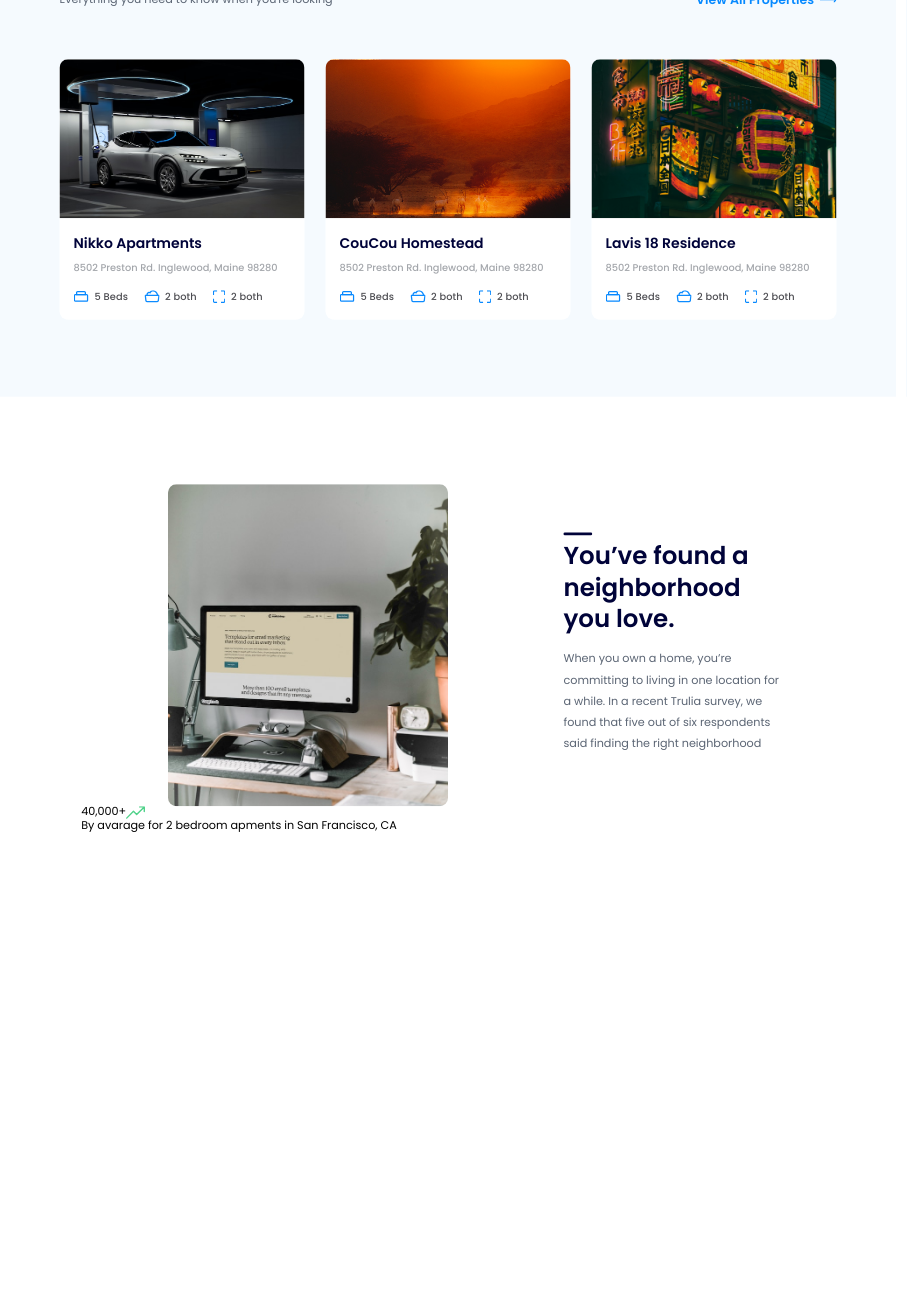
Repository: empty24062002/f8-htmlcss-01
Page: index.html
These files come from the project's save history. The page is drawn as it stood at one moment and after the next save; the edit follows.
The browser window is 1280 px wide. The page is 1295 px wide, so the pictures cover 1295 px, including what lies to the right of the window. The pictures show the part of the page from y = 2044 to 3924 px (the page is 10000 px tall), at 70% of full size.

Above is the page before, as saved 2023-07-13 10:31:49.

### index.html
<!DOCTYPE html>
<html lang="en">
    <head>
        <meta charset="UTF-8" />
        <meta name="viewport" content="width=device-width, initial-scale=1.0" />
        <title>F8 PROJECT 01</title>
        <link rel="stylesheet" href="./assets/css/reset.css" />
        <link rel="stylesheet" href="./assets/fonts/stylesheet.css" />
        <link rel="stylesheet" href="./assets/css/styles.css" />
    </head>
    <body>
        <main style="height: 10000px">
            <!-- Header -->
            <header class="header">
                <div class="content">
                    <nav class="navbar">
                        <!-- Logo -->
                        <img src="./assets/img/Logo.svg" alt="Besnik." />
                        <!-- Navigation -->
                        <ul>
                            <li><a href="#!">Home</a></li>
                            <li><a href="#!">Features</a></li>
                            <li><a href="#!">Services</a></li>
                            <li><a href="#!">Resources</a></li>
                            <li><a href="#!">Contact</a></li>
                        </ul>
                        <!-- Action -->
                        <div class="actions">
                            <a href="#!" class="action-link">Sign in</a>
                            <a href="#!" class="btn action-btn">Sign up</a>
                        </div>
                    </nav>

                    <div class="hero">
                        <div class="info">
                            <p class="sub-title">Welcome to Besnik Agency</p>
                            <h1 class="title">
                                Discover a place you'll love to live.
                            </h1>
                            <p class="desc">
                                Get the best real estate deals first, before
                                they hit the mass market! HOT FORECLOSURE DEALS
                                with one simple search.
                            </p>
                            <!-- cta: call to action -->
                            <a href="#!" class="btn hero-cta">More About Us</a>
                        </div>

                        <img
                            src="./assets/img/hero-img.svg"
                            alt="Discover a place you'll love to live."
                            class="hero-img"
                        />
                    </div>
                </div>
            </header>

            <!-- Clients -->
            <div class="clients">
                <div class="content">
                    <div class="row">
                        <!-- Logo -->
                        <img src="./assets/img/Logo.svg" alt="Besnik" />

                        <!-- Stars -->
                        <div class="stars">
                            <img src="./assets/img/star.svg" alt="star" />
                            <img src="./assets/img/star.svg" alt="star" />
                            <img src="./assets/img/star.svg" alt="star" />
                            <img src="./assets/img/star.svg" alt="star" />
                            <img src="./assets/img/star.svg" alt="star" />
                        </div>
                    </div>

                    <div class="row row-desc">
                        <p class="desc">
                            More than 45,000+ companies trust besnik
                        </p>
                        <p class="desc">5 Star Ratings (2k+ Review)</p>
                    </div>

                    <div class="images">
                        <img src="./assets/img/meundies-cllients1.svg" alt="" />
                        <img src="./assets/img/slack-clients.svg" alt="" />
                        <img src="./assets/img/amz-clients 3.svg" alt="" />
                        <img
                            src="./assets/img/woo-commerce-clients 4.svg"
                            alt=""
                        />
                        <img src="./assets/img/sitepoint-clients5.svg" alt="" />
                    </div>
                </div>
            </div>

            <!-- Guides -->
            <div class="guides">
                <div class="content">
                    <h2 class="sub-title">How its works?</h2>
                    <p class="desc">
                        Everything you need to know when you're looking to buy,
                        rent, or sell - all in one place.
                    </p>

                    <!-- List Guide -->
                    <ul class="list-guide">
                        <li class="guide-item">
                            <img
                                src="./assets/img/cart-icon.svg"
                                alt="buyer"
                                class="icon"
                            />
                            <h3 class="title">Buyer Guides</h3>
                            <a href="How to buy" class="link">
                                <span>How to buy</span>
                                <img
                                    src="./assets/img/arow-right.svg"
                                    alt="arrow right"
                                    class="arrow"
                                />
                            </a>
                        </li>
                        <li class="guide-item">
                            <img
                                src="./assets/img/rent-icon.svg"
                                alt="rent"
                                class="icon"
                            />
                            <h3 class="title">Renter Guides</h3>
                            <a href="How to buy" class="link">
                                <span>How to rent</span>
                                <img
                                    src="./assets/img/arow-right.svg"
                                    alt="arrow right"
                                    class="arrow"
                                />
                            </a>
                        </li>
                        <li class="guide-item">
                            <img
                                src="./assets/img/sellerr-icon.svg"
                                alt="Seller"
                                class="icon"
                            />
                            <h3 class="title">Seller Guides</h3>
                            <a href="How to buy" class="link">
                                <span>How to sell</span>
                                <img
                                    src="./assets/img/arow-right.svg"
                                    alt="arrow right"
                                    class="arrow"
                                />
                            </a>
                        </li>
                    </ul>

                    <div class="guide-cta">
                        <a href="#!" class="btn">Sell Full Guidelines</a>
                    </div>
                </div>
            </div>

            <!-- Featured -->
            <div class="featured">
                <div class="content">
                    <header>
                        <h2 class="sub-title">Featured Properties</h2>
                        <div class="row">
                            <p class="desc">
                                Everything you need to know when you're looking
                            </p>
                            <a href="#!" class="link">
                                <span>View All Properties</span>
                                <img
                                    src="./assets/img/arow-right.svg"
                                    alt="arrow right"
                                    class="arrow"
                                />
                            </a>
                        </div>
                    </header>

                    <div class="list">
                        <!-- Featured item 1 -->
                        <div class="item">
                            <a href="#!">
                                <img
                                    src="./assets/img/featured-1.jpg"
                                    alt="Nikko Apartments"
                                    class="thumbnail"
                                />
                            </a>
                            <div class="body">
                                <h3 class="title">
                                    <a href="#!">Nikko Apartments</a>
                                </h3>
                                <p class="desc">
                                    8502 Preston Rd. Inglewood, Maine 98280
                                </p>
                                <div class="info">
                                    <img
                                        src="./assets/img/icon-1.svg"
                                        alt=""
                                        class="icon"
                                    />
                                    <span class="lable">5 Beds</span>
                                    <img
                                        src="./assets/img/icon-2.svg"
                                        alt=""
                                        class="icon"
                                    />
                                    <span class="lable">2 both</span>
                                    <img
                                        src="./assets/img/icon-3.svg"
                                        alt=""
                                        class="icon"
                                    />
                                    <span class="lable">2 both</span>
                                </div>
                            </div>
                        </div>
                        <!-- Featured item 2 -->
                        <div class="item">
                            <a href="#!">
                                <img
                                    src="./assets/img/featured-2.jpg"
                                    alt="CouCou Homestead"
                                    class="thumbnail"
                                />
                            </a>
                            <div class="body">
                                <h3 class="title">
                                    <a href="#!" class="line-clamp"
                                        >CouCou Homestead</a
                                    >
                                </h3>
                                <p class="desc line-clamp">
                                    8502 Preston Rd. Inglewood, Maine 98280
                                </p>
                                <div class="info">
                                    <img
                                        src="./assets/img/icon-1.svg"
                                        alt=""
                                        class="icon"
                                    />
                                    <span class="lable">5 Beds</span>
                                    <img
                                        src="./assets/img/icon-2.svg"
                                        alt=""
                                        class="icon"
                                    />
                                    <span class="lable">2 both</span>
                                    <img
                                        src="./assets/img/icon-3.svg"
                                        alt=""
                                        class="icon"
                                    />
                                    <span class="lable">2 both</span>
                                </div>
                            </div>
                        </div>
                        <!-- Featured item 3 -->
                        <div class="item">
                            <a href="#!">
                                <img
                                    src="./assets/img/featured-3.jpg"
                                    alt="Lavis 18 Residence"
                                    class="thumbnail"
                                />
                            </a>
                            <div class="body">
                                <h3 class="title">
                                    <a href="#!">Lavis 18 Residence</a>
                                </h3>
                                <p class="desc">
                                    8502 Preston Rd. Inglewood, Maine 98280
                                </p>
                                <div class="info">
                                    <img
                                        src="./assets/img/icon-1.svg"
                                        alt=""
                                        class="icon"
                                    />
                                    <span class="lable">5 Beds</span>
                                    <img
                                        src="./assets/img/icon-2.svg"
                                        alt=""
                                        class="icon"
                                    />
                                    <span class="lable">2 both</span>
                                    <img
                                        src="./assets/img/icon-3.svg"
                                        alt=""
                                        class="icon"
                                    />
                                    <span class="lable">2 both</span>
                                </div>
                            </div>
                        </div>
                    </div>
                </div>
            </div>

            <!-- Stats -->
            <div class="stats">
                <div class="content">
                    <div class="row">
                        <div class="img-block">
                            <img
                                class="image"
                                src="./assets/img/stat-img.jpg"
                                alt="You’ve found a neighborhood you love."
                            />

                            <!-- Trend -->
                            <div class="stats-trend">
                                <div class="row">
                                    <strong class="value">40,000+</strong>
                                    <img
                                        src="./assets/img/trend-img.svg"
                                        alt=""
                                        class="icon"
                                    />
                                </div>
                                <p class="desc">
                                    By avarage for 2 bedroom apments in San
                                    Francisco, CA
                                </p>
                                <div class="separate"></div>
                            </div>
                        </div>
                        <div class="info">
                            <h2 class="sub-title">
                                You’ve found a neighborhood you love.
                            </h2>
                            <p class="desc">
                                When you own a home, you’re committing to living
                                in one location for a while. In a recent Trulia
                                survey, we found that five out of six
                                respondents said finding the right neighborhood
                            </p>
                        </div>
                    </div>
                </div>
            </div>
        </main>
    </body>
</html>

### assets/css/styles.css
* {
    box-sizing: border-box;
}

:root {
    --primary-color: #0f1b4c;
}

html {
    font-size: 62.5%;
}

body {
    font-size: 1.6rem;
    font-family: "Poppins", sans-serif;
}
/* Common */
a {
    text-decoration: none;
}

.content {
    width: 1110px;
    max-width: calc(100% - 48px);
    margin-left: auto;
    margin-right: auto;
}

.btn {
    display: inline-block;
    min-width: 98px;
    padding: 18px 16px;
    border-radius: 12px;
    background: var(--primary-color);
    font-size: 1.4rem;
    font-weight: 500;
    text-align: center;
    color: #fff;
}

.btn:hover {
    opacity: 0.9;
}

.line-clamp {
    display: -webkit-box;
    -webkit-line-clamp: var(--line-clamp, 2);
    -webkit-box-orient: vertical;
    overflow: hidden;
}

/* Header */
.header {
    position: relative;
    background-color: #e6f0ff;
    height: 100vh;
}

.navbar {
    display: flex;
    align-items: center;
    padding-top: 38px;
}

.navbar ul {
    display: flex;
    margin-left: 50px;
}

.navbar ul a {
    font-size: 1.4rem;
    font-weight: 500;
    color: #4f5361;
    padding: 8px 14px;
}

.navbar ul a:hover {
    text-decoration: underline;
}

.navbar .actions {
    margin-left: auto;
}

.navbar .action-link {
    font-size: 1.4rem;
    font-weight: 500;
    color: var(--primary-color);
    margin-right: 18px;
}

.navbar .action-btn {
    padding: 13px 16px;
    border-radius: 8px;
}

.hero {
    margin-top: 130px;
}

.hero .info {
    width: 51%;
}

.hero .sub-title {
    color: #687690;
    font-size: 1.8rem;
    line-height: 1.5;
    font-weight: 500;
    letter-spacing: 0.01em;
}

.hero .title {
    margin-top: 8px;
    color: #000336;
    font-size: 6.2rem;
    font-weight: 700;
    line-height: 1.19;
}

.hero .desc {
    margin-top: 30px;
    color: #5a6473;
    font-size: 1.8rem;
    font-weight: 400;
    line-height: 1.78;
}

.hero-cta {
    min-width: 170px;
    margin-top: 40px;
}

.hero-img {
    position: absolute;
    right: calc((100vw - 1110px) / 2 - 100px);
    bottom: 0;
}

/* Clients */
.clients {
    margin-top: 79px;
    padding: 43px 0 64px;
}

.clients .row {
    display: flex;
    justify-content: space-between;
}

.clients .row-desc {
    margin-top: 23px;
}

.clients .desc {
    font-size: 1.6rem;
    font-weight: 500;
    line-height: 20px;
}

.clients .images {
    display: flex;
    justify-content: space-between;
    align-items: center;
    margin-top: 96px;
}

/* Guides */

.guides {
    margin-top: 40px;
    padding: 93px 0 79px;
}

.guides .sub-title {
    position: relative;
    color: #000339;
    text-align: center;
    font-size: 3.5rem;
    font-weight: 600;
    line-height: 35px;
}

.guides .sub-title::before {
    position: absolute;
    display: inline-block;
    content: "";
    width: 41px;
    height: 4px;
    top: -10px;
    left: 50%;
    transform: translateX(-50%);
    border-radius: 12px;
    background: #000339;
}

.guides .desc {
    width: 459px;
    max-width: 100%;
    color: #5a6473;
    text-align: center;
    margin: 20px auto 0;
    font-size: 1.6rem;
    font-weight: 400;
    line-height: 30px;
}

.list-guide {
    display: flex;
    justify-content: center;
    margin-top: 70px;
}

.guide-item {
    margin: 0 70px;
    text-align: center;
}

.guide-item .title {
    margin-top: 26px;
    color: #3b3c45;
    font-size: 2rem;
    font-weight: 500;
    line-height: 22px;
}

.guide-item .link {
    display: inline-block;
    margin-top: 10px;
    color: #0689ff;
    font-size: 1.4rem;
    font-weight: 600;
}

.guide-item .arrow {
    margin-left: 6px;
}

.guide-cta {
    display: flex;
    justify-content: center;
    margin-top: 50px;
}

.guide-cta .btn {
    min-width: 170px;
    color: #fff;
    font-size: 1.3rem;
    font-weight: 500;
    line-height: normal;
}

/* Featured */

.featured {
    background: #f5fafe;
    margin-top: 41px;
    padding: 110px 0;
}

.featured .sub-title {
    color: #000339;
    font-size: 3.5rem;
    font-weight: 600;
    line-height: 35px;
}

.featured .row {
    display: flex;
    justify-content: space-between;
    margin-top: 15px;
}

.featured .desc {
    color: #5a6473;
    font-size: 1.6rem;
    font-weight: 400;
    line-height: 30px;
}

.featured .link {
    display: flex;
    align-items: center;
    color: #0689ff;
    font-size: 18px;
    font-weight: 600;
}

.featured .arrow {
    margin-left: 8px;
}
.featured .list {
    display: flex;
    gap: 30px;
    margin-top: 70px;
}

.featured .item {
    background: #fff;
    flex: 1;
    border-radius: 12px;
}

.featured .item .thumbnail {
    width: 100%;
    height: 227px;
    object-fit: cover;
    border-top-left-radius: 12px;
    border-top-right-radius: 12px;
}

.featured .item .body {
    padding: 17px 20px 24px;
}

.featured .item .title a {
    color: #000339;
    font-size: 2rem;
    font-weight: 600;
    line-height: 1.5;
}

.featured .item .desc {
    --line-clamp: 3;
    margin-top: 11px;
    color: #a3a6ab;
    font-size: 1.4rem;
    line-height: 1.5;
    font-weight: 500;
    word-break: break-all;
}

.featured .item .info {
    display: flex;
    align-items: center;
    margin-top: 21px;
}

.featured .item .lable {
    margin-left: 8px;
    color: #4d4d52;
    font-size: 1.4rem;
    font-weight: 500;
    letter-spacing: 0.14px;
}

.featured .item .icon {
    margin-left: 23px;
}

.featured .item .icon:first-child {
    margin-left: 0;
}

/* Stats */
.stats {
    margin-top: 75px;
    padding: 50px 0;
    /* background: orange;*/
}

.stats .content {
    width: 1048px;
}

.stats .row {
    display: flex;
}

.stats .img-block,
.stats .info {
    width: 50%;
}

.stats .img-block .image {
    display: block;
    margin-left: auto;
    width: 400px;
    height: 460px;
    border-radius: 12px;
    object-fit: cover;
}

.stats .info {
    padding: 79px 0 0 165px;
}

.stats .sub-title {
    position: relative;
    width: 269px;
    color: #000339;
    font-size: 3.5rem;
    font-weight: 600;
    line-height: 1.29; /* 128.571% */
}

.stats .sub-title::before {
    position: absolute;
    content: "";
    display: block;
    width: 41px;
    height: 4px;
    top: -10px;
    left: 0;
    border-radius: 12px;
    background: #000339;
}

.stats .info .desc {
    width: 309px;
    margin-top: 20px;
    color: #5a6473;
    font-size: 1.6rem;
    font-weight: 400;
    line-height: 1.88;
}

Loaded but not shown: assets/css/reset.css (common file); assets/fonts/stylesheet.css (162 lines, source omitted)

After the next save:
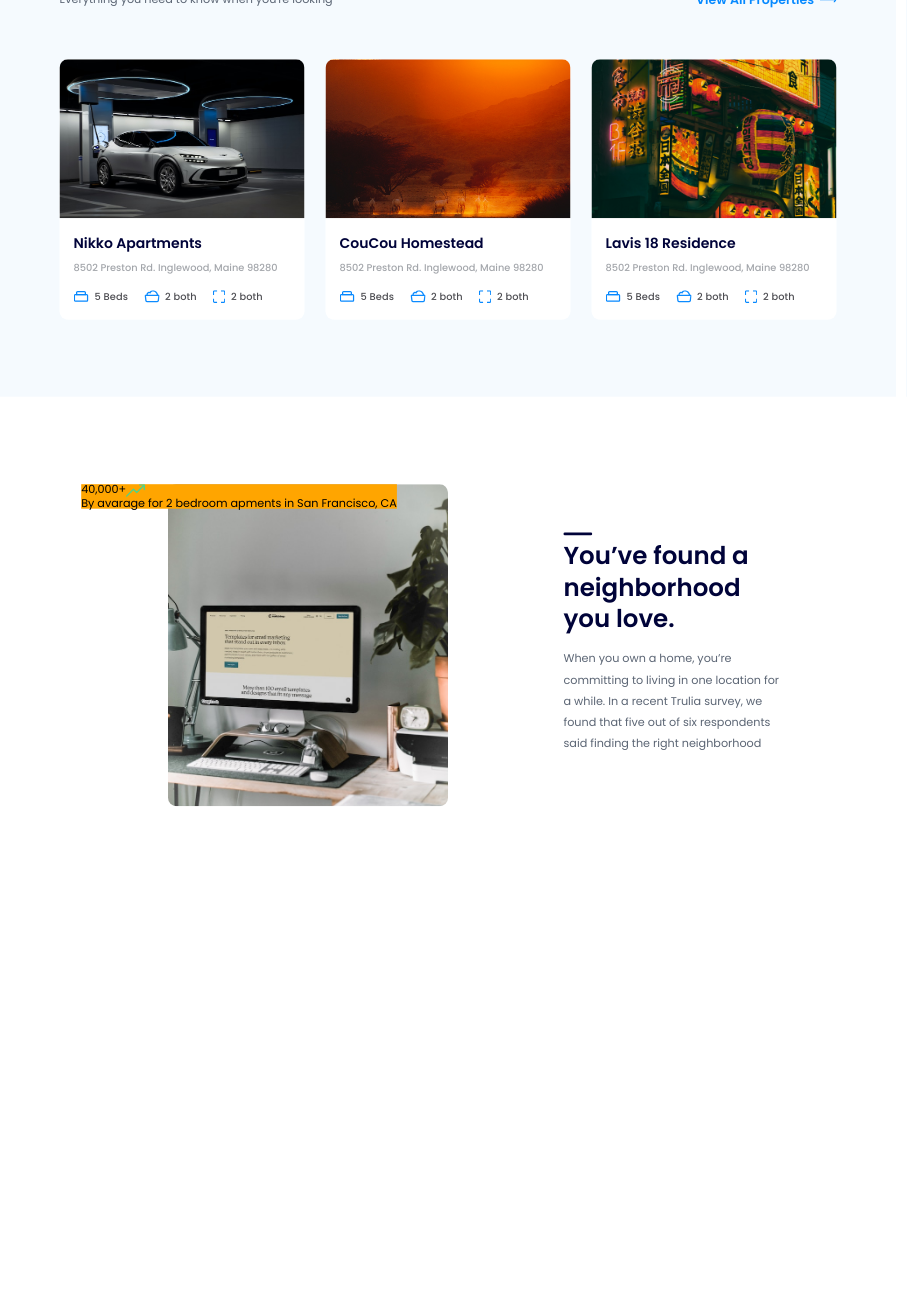
Saved 113 s later.
--- a/assets/css/styles.css
+++ b/assets/css/styles.css
@@ -385,6 +385,17 @@
     padding: 79px 0 0 165px;
 }
 
+.stats .img-block {
+    position: relative;
+}
+
+.stats-trend {
+    position: absolute;
+    top: 0;
+    left: 0;
+    background-color: orange;
+}
+
 .stats .sub-title {
     position: relative;
     width: 269px;
